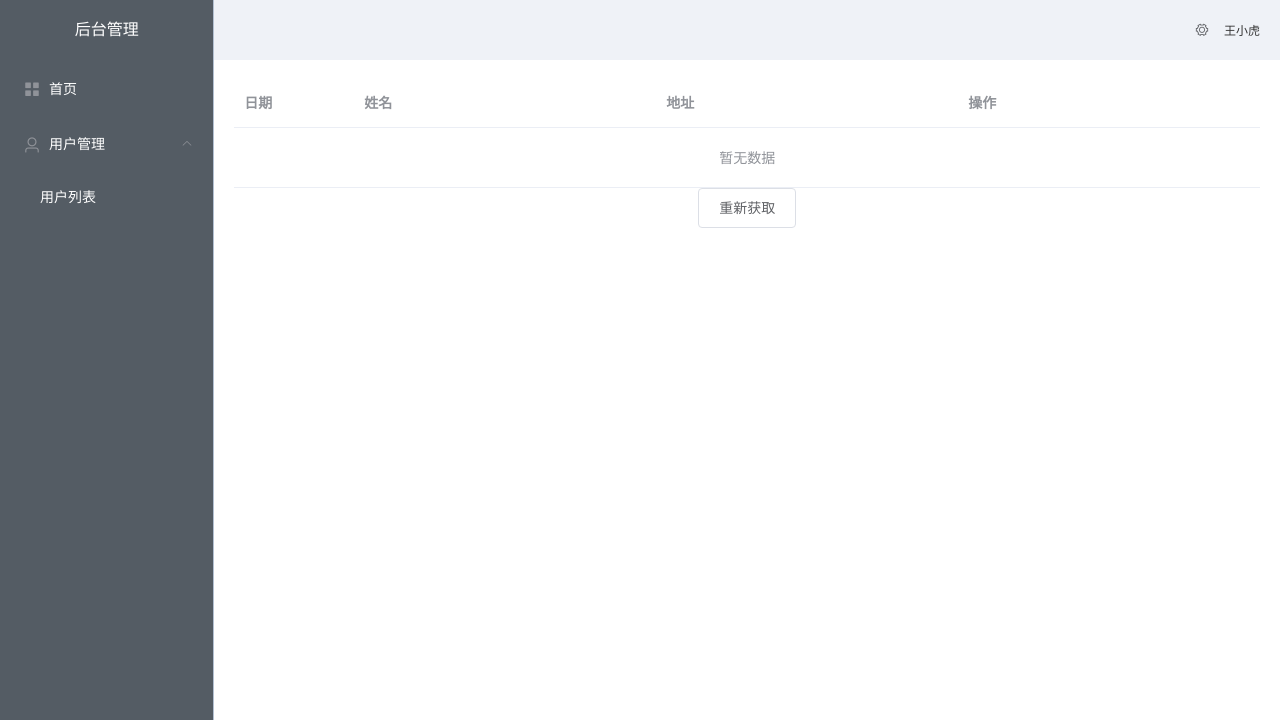
Repository: cmw520520/admin_vue
Page: /#/user/userlist
An editor plug-in stored every save of this project. The page is shown before and after the next save, followed by the edit.
The browser window is 1280 px wide. The pictures show the whole page.
The page's requests for data from a server got no answer. The project was rebuilt for these pictures with package versions that can differ from the ones it lists, and the page was loaded fresh each time. No one was signed in, and anything a server would have sent is missing. Also part of the build but not shown: src/page/home/Home.vue, example/Echart.vue.

Above is the page before, as saved 2019-07-03 09:41:12.

### index.html
<!DOCTYPE html>
<html>
  <head>
    <meta charset="utf-8">
    <meta name="viewport" content="width=device-width,initial-scale=1.0">
    <title>cmw</title>
  </head>
  <body>
    <div id="app"></div>
    <!-- built files will be auto injected -->
  </body>
</html>

### src/main.js
// The Vue build version to load with the `import` command
// (runtime-only or standalone) has been set in webpack.base.conf with an alias.
import Vue from 'vue'
import App from './App'
import router from './router'
import ElementUI from 'element-ui'
import 'element-ui/lib/theme-chalk/index.css'
import store from './store/index'
import axios from 'axios'

Vue.config.productionTip = false

axios.defaults.baseURL = '/api/'

Vue.use(ElementUI)

/* eslint-disable no-new */
new Vue({
  el: '#app',
  router,
  store,
  components: { App },
  template: '<App/>'
})

### src/App.vue
<template>
  <div id="app">
    <!-- <img src="./assets/logo.png"> -->
    <router-view/>
  </div>
</template>

<script>
export default {
  name: 'App'
}
</script>

<style>
#app {
  font-family: 'Avenir', Helvetica, Arial, sans-serif;
  -webkit-font-smoothing: antialiased;
  -moz-osx-font-smoothing: grayscale;
  text-align: center;
  color: #2c3e50;
  width: 100%;
  height: 100%;
  /* margin-top: 60px; */
}

body, html {
  margin: 0;
  padding: 0;
  height: 100%;
  width: 100%;
}
</style>

### src/router/index.js
import Vue from 'vue'
import Router from 'vue-router'
// import HelloWorld from '@/components/HelloWorld'
import Manage from '@/page/Manage'
import Home from '@/page/home/Home'
import UserList from '@/page/user/UserList'
import Echart from '../../example/Echart'

Vue.use(Router)

export default new Router({
  routes: [
    {
      path: '/',
      name: '',
      component: Manage,
      children: [
        {
          path: '',
          component: Home,
          meta: []
        },
        {
          path: '/user/userlist',
          component: UserList,
          meta: []
        },
        {
          path: '/example/echart',
          component: Echart,
          meta: ['图表']
        }
      ]
    }
  ]
})

### src/store/index.js
import Vue from 'vue'
import Vuex from 'vuex'
import user from './user/index'

Vue.use(Vuex)

const store = new Vuex.Store({
  modules: {
    user
  }
})

export default store

### src/page/Manage.vue
<template>
  <el-container style="height: 100%;">
    <el-col :span="4" style="background-color: rgb(84, 92, 100);overflow:hidden;">
      <el-col>
        <div class="logo">后台管理</div>
      </el-col>
      <el-col>
        <el-slider></el-slider>
      </el-col>
    </el-col>

    <el-col :span="20" style="border-left: 1px solid #b3c0d1;overflow: auto;overflow-scrolling: touch;">
      <el-header style="text-align: right; font-size: 12px">
        <el-dropdown>
          <i class="el-icon-setting" style="margin-right: 15px"></i>
          <el-dropdown-menu slot="dropdown">
            <el-dropdown-item>查看</el-dropdown-item>
            <el-dropdown-item>新增</el-dropdown-item>
            <el-dropdown-item>删除</el-dropdown-item>
          </el-dropdown-menu>
        </el-dropdown>
        <span>王小虎</span>
      </el-header>

      <el-main>
        <transition name="fade" mode="out-in">
            <router-view></router-view>
        </transition>
      </el-main>
    </el-col>
  </el-container>
</template>

<script>
import slider from '@/components/Slider'

export default {
  name: 'manage',
  components: {
    'el-slider': slider
  }
}
</script>

<style scope>
.el-header {
  background-color: #EFF2F7;
  color: #333;
  line-height: 60px;
}

.el-aside {
  color: #333;
}

.fade-enter-active, .fade-leave-active {
    transition: opacity 0.5s, transform 0.5s;
}

.fade-enter, .fade-leave-to {
    opacity: 0;
}

/* 导航logo S */
.logo {
    height: 60px;
    line-height: 60px;
    color: #fff;
}
/* 导航logo E */
</style>

### src/page/user/UserList.vue
<template>
    <el-row>
      <el-col>
        <el-table v-if="userList" :data="userList" style="width:100%;">
            <el-table-column prop="date" label="日期" width="120"></el-table-column>
            <el-table-column prop="name" label="姓名"></el-table-column>
            <el-table-column prop="address" label="地址"></el-table-column>
            <el-table-column label="操作">
            <template slot-scope="scope">
              <el-button
                size="mini"
                @click="handleEdit(scope.$index, scope.row)"
              >编辑</el-button>
              <el-button
                size="mini"
                type="danger"
                @click="handleDelete(scope.$index, tableData)"
              >删除</el-button>
            </template>
          </el-table-column>
        </el-table>
      </el-col>

      <el-col>
        <el-button @click="getUserList">重新获取</el-button>
      </el-col>
    </el-row>

</template>

<script>
import {mapState} from 'vuex'
import {user} from '../../store/user/index'

export default {
  name: 'userlist',
  data () {
    return {
      i: ''
    }
  },
  computed: {
    ...mapState({
      userList: state => user.state.userList
    })
  },
  mounted () {
    this.getUserList()
  },
  methods: {
    getUserList () {
      this.$store.dispatch('GETUSERLIST')
    }
  }
}
</script>

<style scope>

</style>

### src/store/user/index.js
import * as types from './types'
import http from '../../utils/http'

export const user = {
  state: {
    userList: []
  },
  actions: {
    [types.GETUSERLIST] (context, params) {
      http.fetch('user/userlist', params).then(data => {
        context.commit(types.GETUSERLIST, data)
      })
    }
  },
  mutations: {
    [types.GETUSERLIST] (state, data) {
      state.userList = data.data
    }
  }
}

export default user

### src/components/Slider.vue
<template>
  <el-menu :default-openeds="['1', '3']"
    background-color="rgb(84, 92, 100)"
    text-color="#fff"
    active-text-color="#fff"
    style="border:none;text-align:left;"
    router>
    <label v-for="(item, index) in navMenu" :key="index">
      <el-menu-item v-if="item.isHeader" :index="item.component">
        <i :class=item.icon></i>
        <span slot="title">{{ item.name }}</span>
      </el-menu-item>

      <el-submenu v-else :index="String(index)">
        <template slot="title">
          <i :class=item.icon></i>{{ item.name }}
        </template>
        <el-menu-item v-for="(item2, index2) in item.children" :key="index2" :index="item2.component">{{ item2.name }}</el-menu-item>
      </el-submenu>
    </label>
  </el-menu>
</template>

<script>
export default {
  name: 'slider',
  data () {
    return {
      navMenu: [
        {
          isHeader: true,
          name: '首页',
          icon: 'el-icon-menu',
          component: '/'
        },
        {
          name: '用户管理',
          icon: 'el-icon-user',
          children: [
            {
              name: '用户列表',
              component: '/user/userlist'
            }
          ]
        }
      ]
    }
  }
}
</script>

<style>
</style>

### src/store/user/types.js
export const GETUSERLIST = 'GETUSERLIST'

### src/utils/http.js
import axios from 'axios'
import qs from 'qs'
import Vue from 'vue'

const vue = new Vue()
// axios.defaults.headers.post['Content-Type'] = 'application/x-www-form-urlencoded; chartset=UTF-8'

export default {
  fetch (path, params) {
    if (!(params instanceof FormData)) {
      params = qs.stringify(params)
    }
    return axios.post(path, params).then(function (rep) {
      let data = rep.data
      if (data.code && data.code !== 1) {
        vue.$message({
          showClose: true,
          message: data.message,
          type: 'error'
        })
        return Promise.reject(data)
      }
      return data
    })
  }
}

After the next save:
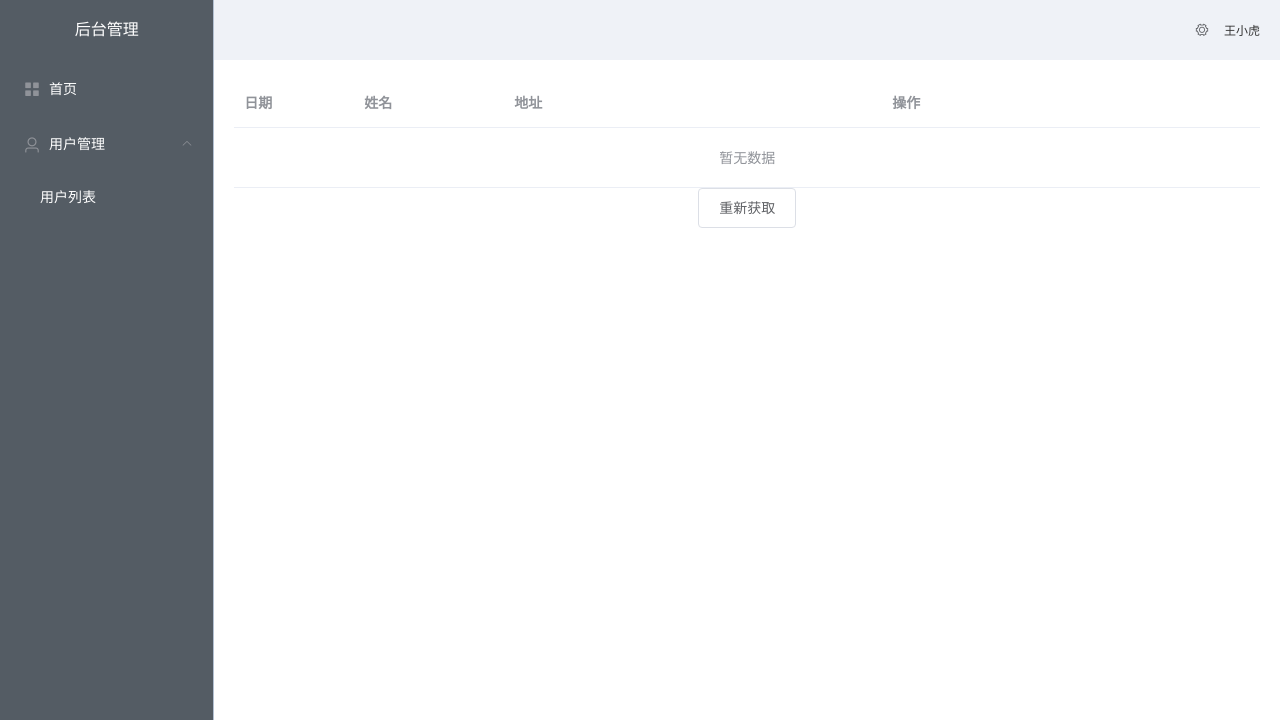
Saved 9 s later.
--- a/src/page/user/UserList.vue
+++ b/src/page/user/UserList.vue
@@ -3,7 +3,7 @@
       <el-col>
         <el-table v-if="userList" :data="userList" style="width:100%;">
             <el-table-column prop="date" label="日期" width="120"></el-table-column>
-            <el-table-column prop="name" label="姓名"></el-table-column>
+            <el-table-column prop="name" label="姓名" width="150"></el-table-column>
             <el-table-column prop="address" label="地址"></el-table-column>
             <el-table-column label="操作">
             <template slot-scope="scope">
